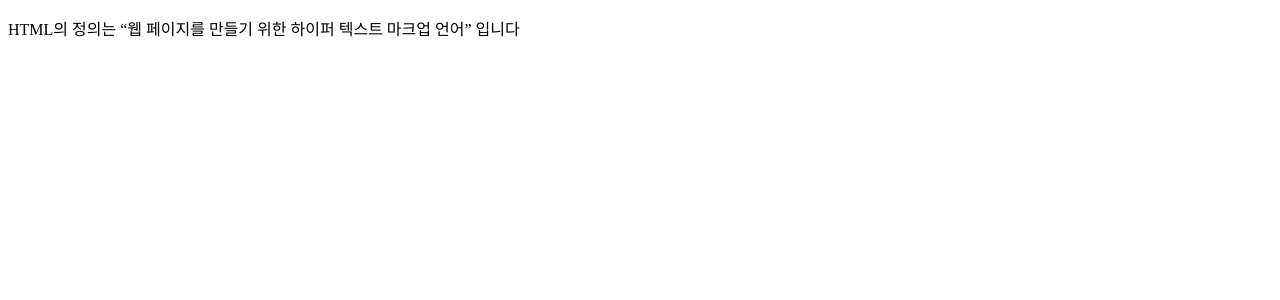
Repository: JaeHyun-Ban/study_html
Page: TCP_HTML/WebContent/ex02_08.html
An editor plug-in stored every save of this project. The page is shown before and after the next save, followed by the edit.
The browser window is 1280 px wide. The pictures show the whole page.

Above is the page before, as saved 2020-08-27 05:26:11.

### TCP_HTML/WebContent/ex02_08.html
<!DOCTYPE html>
<html>
<head>
<meta charset="UTF-8">
<title>8) 인용구</title>
</head>
<body>
	<p>HTML의 정의는
	<q>웹 페이지를 만들기 위한 하이퍼 텍스트 마크업 언어</q>
	입니다</p>
</body>
</html>

After the next save:
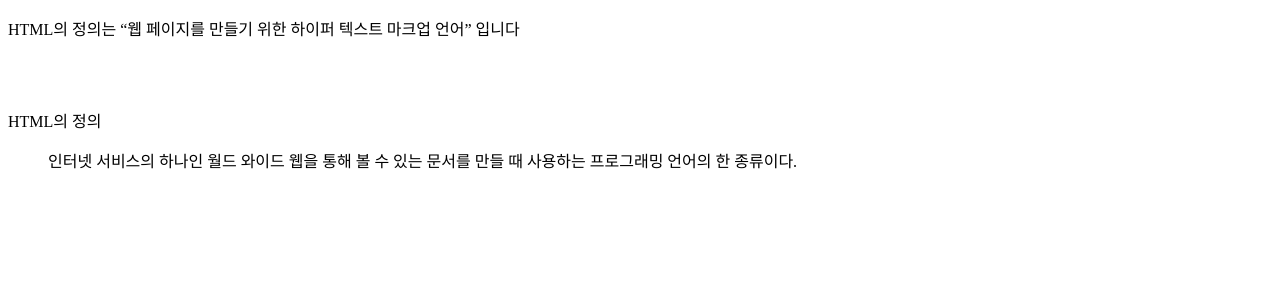
Saved 3 min 25 s later.
--- a/TCP_HTML/WebContent/ex02_08.html
+++ b/TCP_HTML/WebContent/ex02_08.html
@@ -8,5 +8,13 @@
 	<p>HTML의 정의는
 	<q>웹 페이지를 만들기 위한 하이퍼 텍스트 마크업 언어</q>
 	입니다</p>
+
+	<br><br>
+
+	<p>HTML의 정의</p>
+	<blockquote>
+		인터넷 서비스의 하나인 월드 와이드 웹을 통해 볼 수 있는 문서를 만들 때 사용하는 프로그래밍 언어의 한 종류이다.
+	</blockquote>
+
 </body>
 </html>
